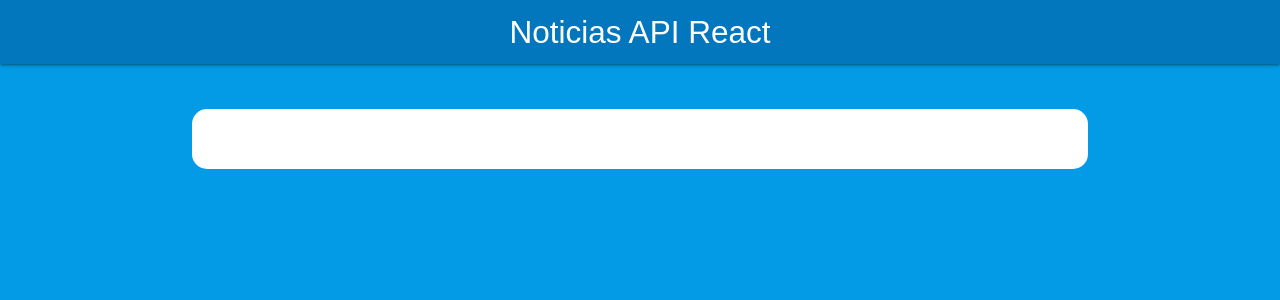
Repository: ppfeliuu/News-API-React
Page: /
These files come from the project's save history. The page is drawn as it stood at one moment and after the next save; the edit follows.
The browser window is 1280 px wide. The pictures show the whole page.
The page's requests for data from a server got no answer. The project was rebuilt for these pictures with package versions that can differ from the ones it lists, and the page was loaded fresh each time. No one was signed in, and anything a server would have sent is missing.

Above is the page before, as saved 2019-06-19 10:28:24.

### public/index.html
<!DOCTYPE html>
<html lang="en">
  <head>
    <meta charset="utf-8" />
    <link rel="shortcut icon" href="%PUBLIC_URL%/favicon.ico" />
    <meta name="viewport" content="width=device-width, initial-scale=1" />
    <meta name="theme-color" content="#000000" />
    <!--
      manifest.json provides metadata used when your web app is installed on a
      user's mobile device or desktop. See https://developers.google.com/web/fundamentals/web-app-manifest/
    -->
    <link rel="manifest" href="%PUBLIC_URL%/manifest.json" />

    <link rel="stylesheet" href="https://cdnjs.cloudflare.com/ajax/libs/materialize/1.0.0/css/materialize.min.css">
    <link href="https://fonts.googleapis.com/css?family=Raleway:700,900" rel="stylesheet">
    <!--
      Notice the use of %PUBLIC_URL% in the tags above.
      It will be replaced with the URL of the `public` folder during the build.
      Only files inside the `public` folder can be referenced from the HTML.

      Unlike "/favicon.ico" or "favicon.ico", "%PUBLIC_URL%/favicon.ico" will
      work correctly both with client-side routing and a non-root public URL.
      Learn how to configure a non-root public URL by running `npm run build`.
    -->
    <title>React App</title>
  </head>
  <body>
    <noscript>You need to enable JavaScript to run this app.</noscript>
    <div id="root"></div>
    <!--
      This HTML file is a template.
      If you open it directly in the browser, you will see an empty page.

      You can add webfonts, meta tags, or analytics to this file.
      The build step will place the bundled scripts into the <body> tag.

      To begin the development, run `npm start` or `yarn start`.
      To create a production bundle, use `npm run build` or `yarn build`.
    -->
    <script src="https://cdnjs.cloudflare.com/ajax/libs/materialize/1.0.0/js/materialize.min.js"></script>
     <script>
      document.addEventListener('DOMContentLoaded', function() {
          var elements = document.querySelectorAll('select');
          M.FormSelect.init(elements);
      });
    </script>
  </body>
</html>

### src/index.css
body {
  margin: 0;
  padding: 0;
  font-family: sans-serif;
}

body {
  background-color: #039be5;
}
.card-content h3 {
  font-size: 1.4rem;
}
.row {
  display: flex;
  flex-wrap: wrap;
}
.contenedor-noticias {
  padding: 2rem;
  border-radius: 1rem;
  margin-top: 3rem;
}

.buscador {
  margin-top: 2rem;
  margin-bottom: 2rem;
  text-align: left;
}
.buscador label {
  font-size: 2rem;
  color: black;
}
.dropdown-content li>span {
  color: black;
}
.select-wrapper input.select-dropdown:focus {
  border-bottom: 1px solid #e64a19!important;
}
h2 {
  font-family: 'Raleway', sans-serif;
  font-weight: 900;
  font-size: 2rem;
  text-transform: uppercase;
  text-align: center;
}

.card-action .btn {
  width: 100%;
}
.enviar input[type="submit"] {
  width: 100%;
}

.fade-enter {
  opacity: 0;
  transform: scale(1.25);
}
.fade-enter.fade-enter-active {
  opacity: 1;
  transition: all .5s ease-in;
  transform: scale(1);
}

.fade-exit {
  opacity: 1;
  transform: scale(1.25);
}
.fade-exit.fade-exit-active {
  opacity: 0;
  transition: all .5s ease-in;
  transform: scale(1);
}

### src/App.js
import React, { Component, Fragment } from 'react';
import Header from './components/Header';

class App extends Component {
  state = {
    noticias: []
   }

  componentDidMount() {
    this.consultarNoticias();
  }

  consultarNoticias = async () => {
    const url = `https://newsapi.org/v2/top-headlines?country=us&category=business&apiKey=d366c02b66b04ee2bb3309e8e90df583`;

    const respuesta = await fetch(url);
    const noticias = await respuesta.json();

    this.setState({
      noticias: noticias.articles
    })
  }

  render() {
    return (
      <Fragment>
        <Header titulo="Noticias API React"/>
        <div className="container white contenedor-noticias">

        </div>
      </Fragment>
    );
  }
}


export default App;

### src/components/Header.js
import React from 'react';

const Header = ({titulo}) => (
    <nav className="nav-wrapper light-blue darken-3">
        <a className="brand-logo center">{titulo}</a>

    </nav>
);

export default Header;

### src/components/ListaNoticias.js
import React from 'react';

const ListaNoticias = () =>
(
    <div className="row">

    </div>
);


export default ListaNoticias;

Loaded but not shown: src/index.js (common file); src/serviceWorker.js (common file)

After the next save:
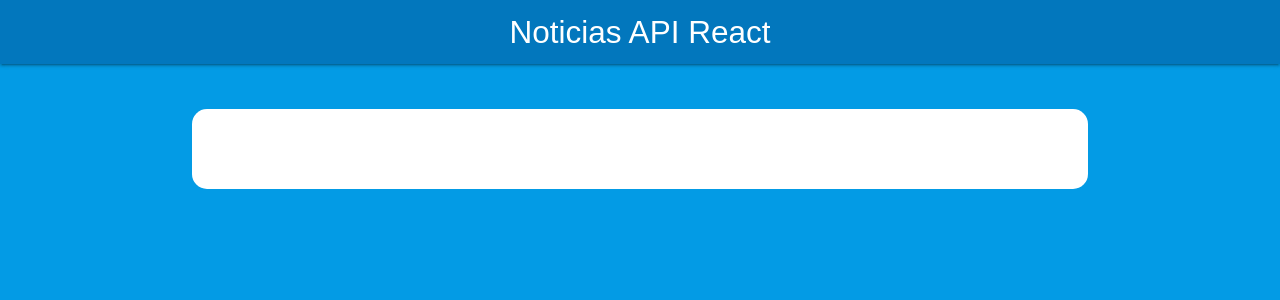
Saved 80 s later.
--- a/src/App.js
+++ b/src/App.js
@@ -1,5 +1,6 @@
 import React, { Component, Fragment } from 'react';
 import Header from './components/Header';
+import ListaNoticias from './components/ListaNoticias'
 
 class App extends Component {
   state = {
@@ -26,7 +27,9 @@ class App extends Component {
       <Fragment>
         <Header titulo="Noticias API React"/>
         <div className="container white contenedor-noticias">
-
+            <ListaNoticias
+              noticias={this.state.noticias}
+            />
         </div>
       </Fragment>
     );
